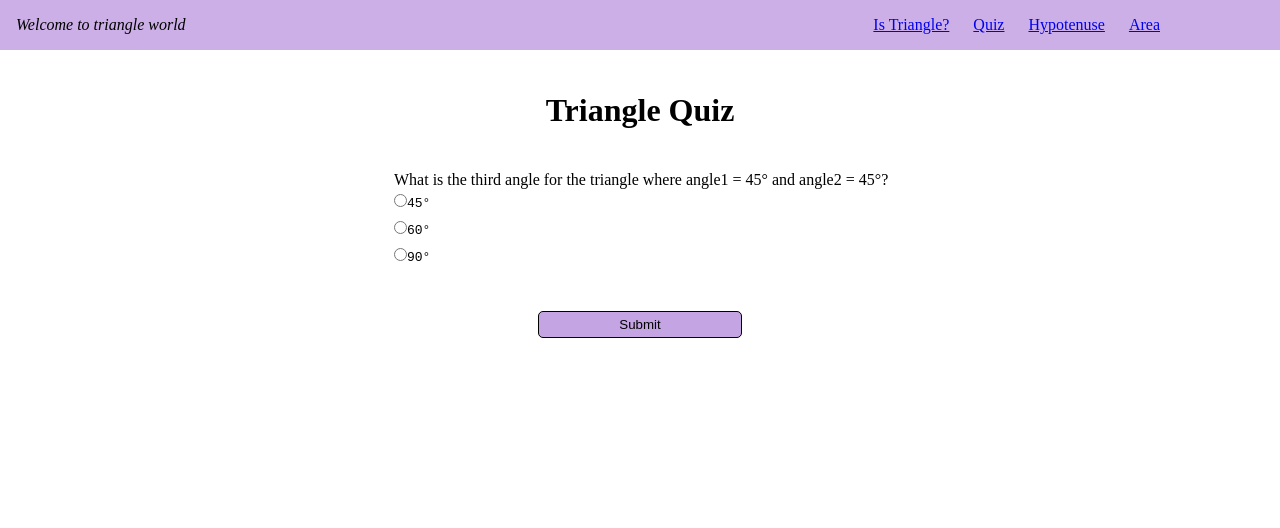
Repository: patelamancode/Fun-with-trianles
Page: quiz.html
These files come from the project's save history. The page is drawn as it stood at one moment and after the next save; the edit follows.
The browser window is 1280 px wide. The pictures show the whole page.

Above is the page before, as saved 2022-11-28 19:17:59.
Console error: TypeError: Cannot read properties of null (reading 'addEventListener')

After the next save:
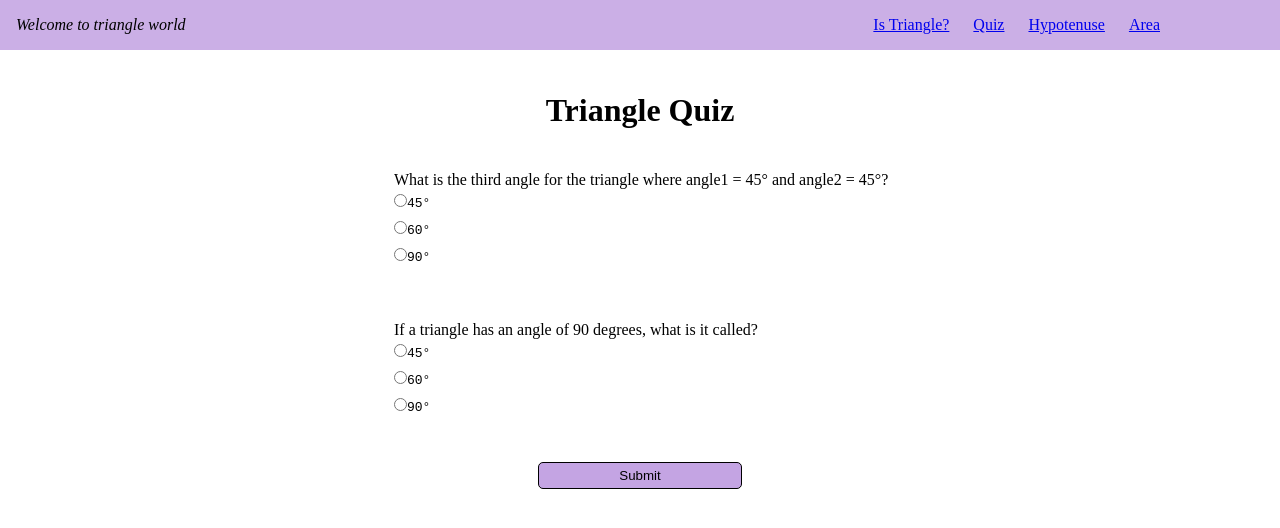
Saved 2 min 19 s later.
--- a/quiz.html
+++ b/quiz.html
@@ -26,6 +26,12 @@
                 <label for="value2" class="quiz-option"><input type="radio" name="question1" />60°</label>
                 <label for="value3" class="quiz-option"><input type="radio" name="question1" />90°</label>
             </div>
+            <div class="question-container">
+                <p>If a triangle has an angle of 90 degrees, what is it called?</p>
+                <label for="value1" class="quiz-option"><input type="radio" name="question2" />45°</label>
+                <label for="value2" class="quiz-option"><input type="radio" name="question2" />60°</label>
+                <label for="value3" class="quiz-option"><input type="radio" name="question2" />90°</label>
+            </div>
         </form>
         <button id="submit-btn">Submit</button>
     </div>
